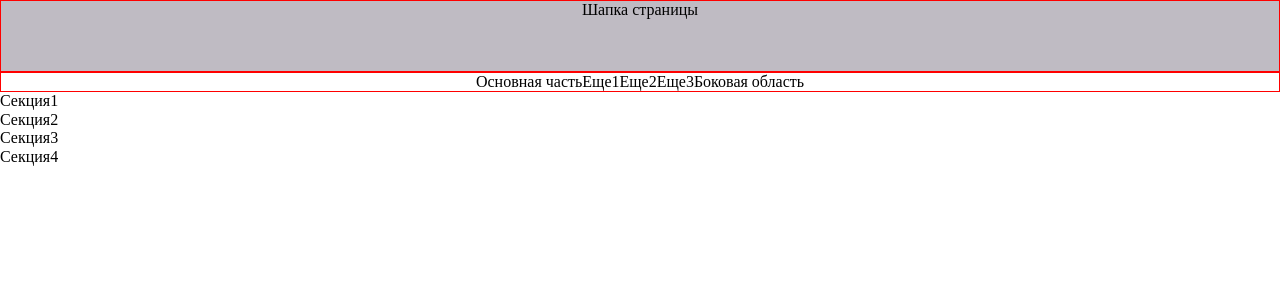
Repository: IrinaGetmanenko/week5
Page: week5/index.html
The author's editor kept a copy of each file at every save. The page is drawn from the files as they stood at one save, then again after the next save.
The browser window is 1280 px wide. The pictures show the whole page.

Above is the page before, as saved 2022-08-28 17:12:05.

After the next save:
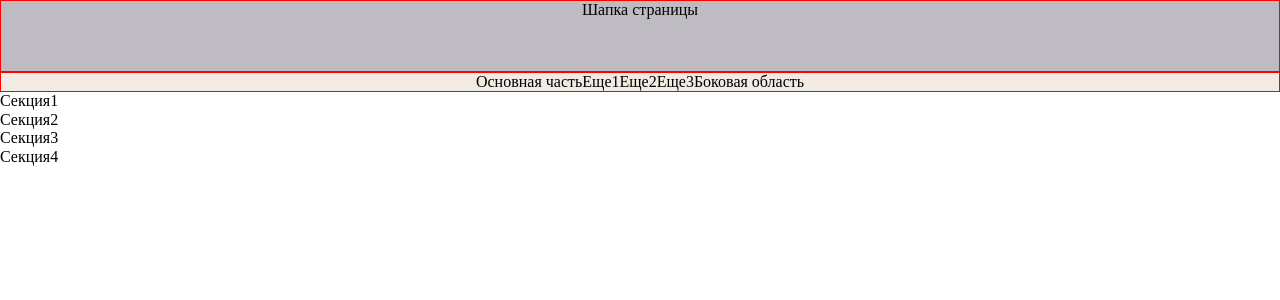
Saved 100 s later.
--- a/week5/index.html
+++ b/week5/index.html
@@ -26,8 +26,10 @@
         display: flex;
         justify-content: center;
         border: 1px solid red;
+        background-color: rgb(241, 235, 227);
 
     }
+
 
     </style>
 </head>
